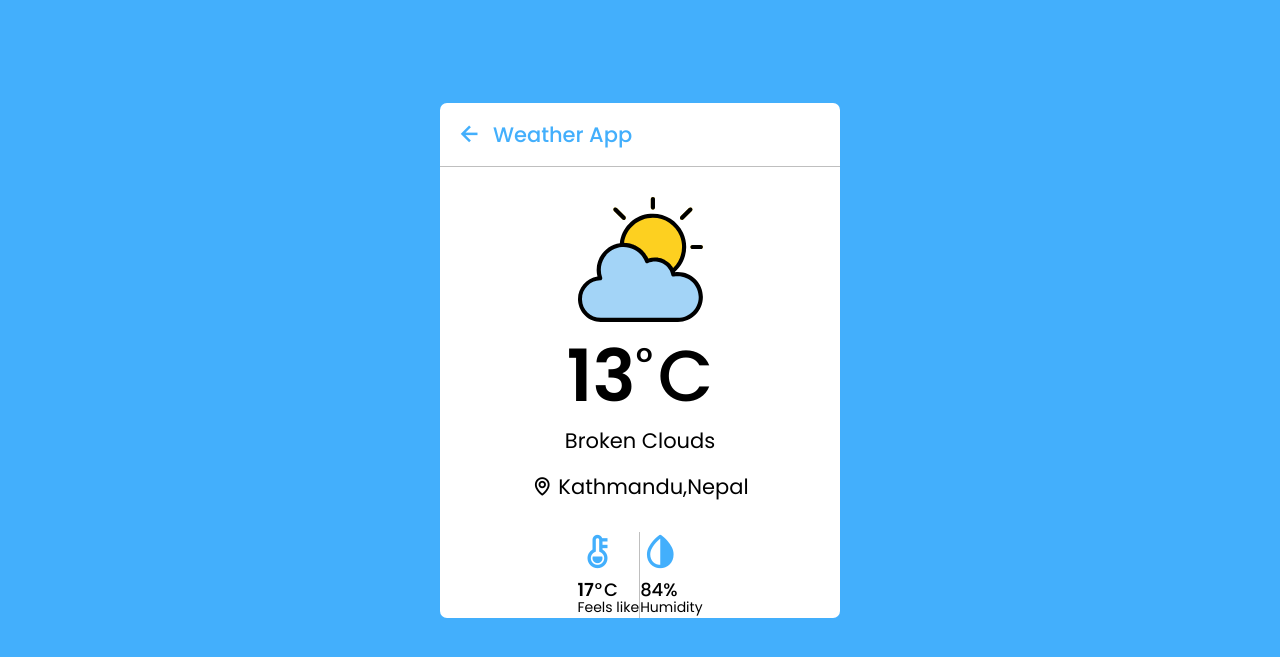
Repository: long13820/Weather-App-HTML-CSS-Javascript
Page: index.html
An editor plug-in stored every save of this project. The page is shown before and after a run of saves, followed by the edit.
The browser window is 1280 px wide. The pictures show the whole page.

Above is the page before, as saved 2021-09-02 11:35:15.

After the next 3 saves:
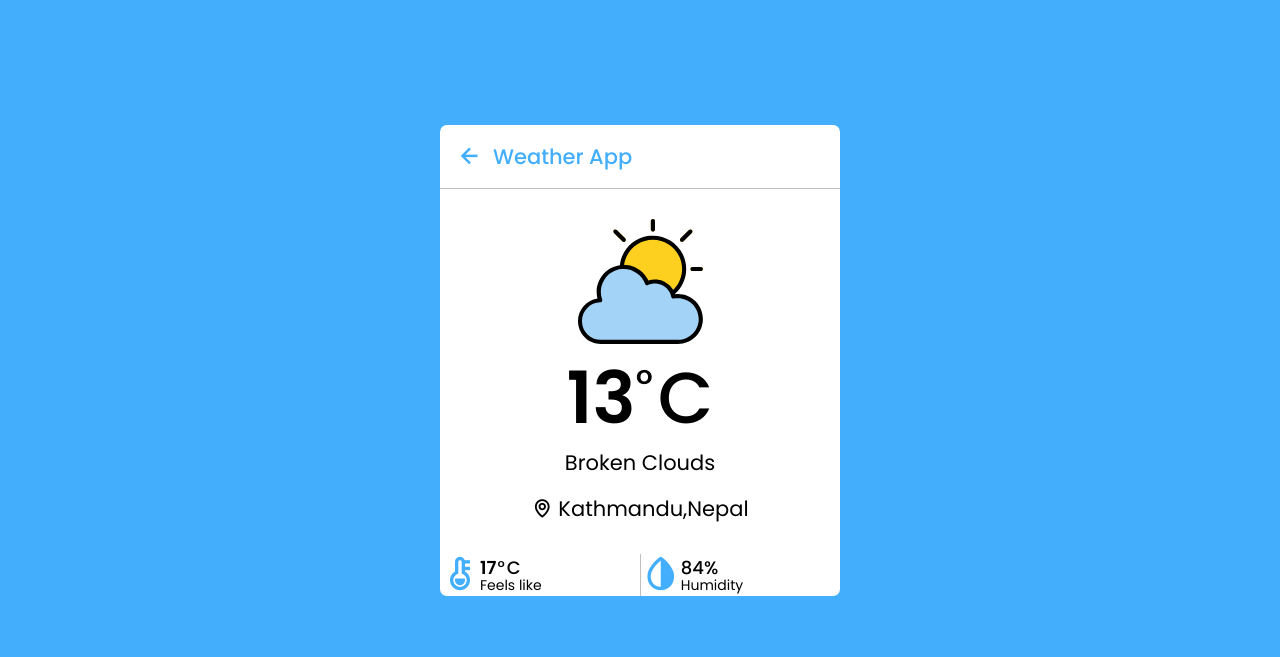
The 3 saves are shown as one change because they came seconds apart.
The last was saved 10 s later.
--- a/style.css
+++ b/style.css
@@ -139,6 +139,8 @@ header i{
     justify-content: center;
 }
 .bottom-details .column{
+    width: 100%;
+    display: flex;
 
 }
 .column i{
